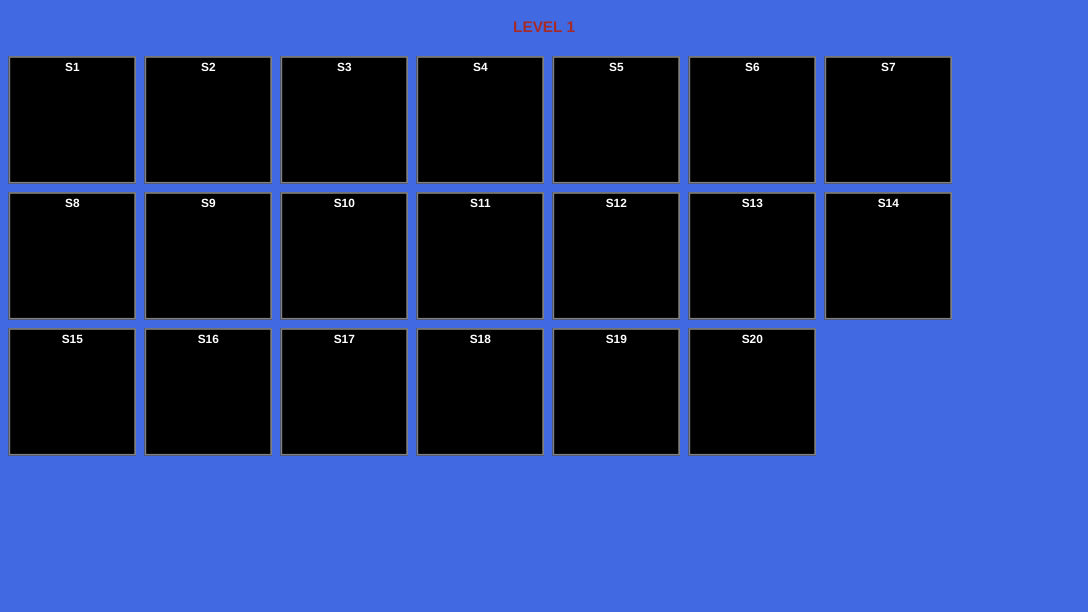
Repository: Shenba-Ps/Jsp-Servlet-B
Page: http://localhost/Test/Booking.jsp
The author's editor kept a copy of each file at every save. The page is drawn from the files as they stood at one save, then again after the next save.
The browser window is 1280 px wide. The pictures show the whole page, at 85% of full size.
The page is served by Tomcat 9. Other server files are loaded and not shown.

Above is the page before, as saved 2023-06-15 13:19:40.

### Test/src/main/webapp/Booking.jsp
<!DOCTYPE HTML><%@page language="java"
	contentType="text/html; charset=ISO-8859-1" pageEncoding="ISO-8859-1"%>
<html>
<head>
<title>Booking</title>
<meta http-equiv="Content-Type" content="text/html; charset=ISO-8859-1">
<link rel="stylesheet" href="Plugins/Boostrap.css">
<link rel="stylesheet" href="Script/Common.css">
<script src="Plugins/jQuery.js"></script>
<script src="Plugins/bootstrap.js"></script>
<script src="Script/Booking.js"></script>
</head>
<body>
	<div style="height: 100vh; background-color: #4169E1;">
		<div>
			<div class="Level1">
				<div class="Title form-group" style="text-align: center;">LEVEL
					1</div>
				<div class="row">
					<div class="col-md-2 Slot Free">S1</div>
					<div class="col-md-2 Slot Free">S2</div>
					<div class="col-md-2 Slot Free">S3</div>
					<div class="col-md-2 Slot Free">S4</div>
					<div class="col-md-2 Slot Free">S5</div>
					<div class="col-md-2 Slot Free">S6</div>
					<div class="col-md-2 Slot Free">S7</div>
					<div class="col-md-2 Slot Free">S8</div>
					<div class="col-md-2 Slot Free">S9</div>
					<div class="col-md-2 Slot Free">S10</div>
					<div class="col-md-2 Slot Free">S11</div>
					<div class="col-md-2 Slot Free">S12</div>
					<div class="col-md-2 Slot Free">S13</div>
					<div class="col-md-2 Slot Free">S14</div>
					<div class="col-md-2 Slot Free">S15</div>
					<div class="col-md-2 Slot Free">S16</div>
					<div class="col-md-2 Slot Free">S17</div>
					<div class="col-md-2 Slot Free">S18</div>
					<div class="col-md-2 Slot Free">S19</div>
					<div class="col-md-2 Slot Free">S20</div>
				</div>
			</div>
		</div>
		<!-- Modal -->
		<div class="modal fade" data-backdrop="static" id="mdlCustomerDetail"
			role="dialog">
			<div class="modal-dialog" style="width: 70%;">
				<!-- Modal content-->
				<div class="modal-content">
					<div class="modal-body">
						<div class="Title form-group" style="text-align: center;">Please
							enter your booking information</div>
						<div class="row form-group">
							<div class="col-xs-3 RightAlign">
								<label>Name</label>
							</div>
							<div class="col-xs-6">
								<input class="form-control" type="text" id="idName"
									name="nmName">
								<div class="ControlErrorMessage" id="errName"></div>
							</div>
						</div>
						<div class="row form-group">
							<div class="col-xs-3 RightAlign">
								<label>Address</label>
							</div>
							<div class="col-xs-6">
								<textarea class="form-control" id="idAddress" name="nmAddress"></textarea>
								<div class="ControlErrorMessage" id="errAddress"></div>
							</div>
						</div>
						<div class="row form-group">
							<div class="col-xs-3 RightAlign">
								<label>NRIC</label>
							</div>
							<div class="col-xs-6">
								<input class="form-control" type="text" id="idNRIC"
									name="nmNRIC">
								<div class="ControlErrorMessage" id="errNRIC"></div>
							</div>
						</div>
						<div class="row form-group">
							<div class="col-xs-3 RightAlign">
								<label>Usage Trade</label>
							</div>
							<div class="col-xs-6">
								<select class="form-control" name="UsageTrade" id="idUsageTrade">
									<option value="Credit Card Promotion">Credit Card
										Promotion</option>
									<option value="F&B">F&B</option>
									<option value="Hairdressing">Hairdressing</option>
									<option value="Clothing">Clothing</option>
									<option value="Others">Others</option>
								</select>
								<div class="ControlErrorMessage" id="errUserTrade"></div>
							</div>
						</div>
						<div class="row form-group">
							<div class="col-xs-3 RightAlign">
								<label>Others</label>
							</div>
							<div class="col-xs-6">
								<input class="form-control" type="text" id="idOthers"
									name="nmOthers">
								<div class="ControlErrorMessage" id="errOthers"></div>
							</div>
						</div>
						<div class="row form-group">
							<div class="col-xs-3 RightAlign">
								<label>Email</label>
							</div>
							<div class="col-xs-6">
								<input class="form-control" type="text" id="idEmail"
									name="nmEmail">
								<div class="ControlErrorMessage" id="errEmail"></div>
							</div>
						</div>
						<div class="row form-group">
							<div class="col-xs-3 RightAlign">
								<label>Home</label>
							</div>
							<div class="col-xs-6">
								<input class="form-control PhoneNumber" type="text"
									id="idHomeTel" name="nmHome" maxlength="8">
								<div class="ControlErrorMessage" id="errHomeTel"></div>
							</div>
						</div>
						<div class="row form-group">
							<div class="col-xs-3 RightAlign">
								<label>Office</label>
							</div>
							<div class="col-xs-6">
								<input class="form-control PhoneNumber" type="text"
									id="idOfficeTel" name="nmOffice" maxlength="8">
								<div class="ControlErrorMessage" id="errOfficeTel"></div>
							</div>
						</div>
						<div class="row form-group">
							<div class="col-xs-3 RightAlign">
								<label>Mobile</label>
							</div>
							<div class="col-xs-6">
								<input class="form-control PhoneNumber" type="text"
									id="idMobile" name="nmMobile" maxlength="8">
								<div class="ControlErrorMessage" id="errMobile"></div>
							</div>
						</div>
						<div class="row form-group">
							<div class="col-xs-3 RightAlign">
								<label>Booking Date</label>
							</div>
							<div class="col-xs-6">
								<input class="form-control" type="date" id="idBookingDate"
									name="nmBookingDate">
								<div class="ControlErrorMessage" id="errBookingDate"></div>
							</div>
						</div>
					</div>
					<div class="modal-footer">
						<button type="button" class="btn btn-primary"
							onclick="onclickBookSlot()">Book Slot</button>
						<button type="button" class="btn btn-primary" id="btnBookSlot"
							style="display: none;"></button>
						<div class="ControlErrorMessage" id="errBookingSlot"></div>
					</div>
				</div>
			</div>
		</div>
	</div>
</body>
</html>

### Test/src/main/webapp/Script/Common.css
.Title {
	font-size: 18px;
	color: brown;
	font-weight: bold;
}

.RightAlign {
	text-align: center;
}

.ControlError {
	border: 2px solid red;
}

.ControlErrorMessage {
	color: red;
	font-weight: 600;
}

.Level1 {
	padding: 20px;
}

.Slot {
	border: 2px solid gray;
	margin: 5px;
	height: 150px;
	width: 150px;
}

.Free {
	background-color: black;
	color: white;
	font-weight: 600;
	text-align: center;
}

.SlotName {
	padding-top: 25%;
}

.Booked {
	background-color: gray;
	color: white;
	font-weight: 600;
	text-align: center;
}

### Test/src/main/webapp/Script/Booking.js
$(function() {
	//OpenCustomerDetail();
});

function OpenCustomerDetail() {
	$('#mdlCustomerDetail').modal('show');
}

function onclickBookSlot() {
	$('#idName').removeClass("ControlError");
	$('#errName').hide();
	$('#idAddress').removeClass("ControlError");
	$('#errAddress').hide();
	$('#idNRIC').removeClass("ControlError");
	$('#errNRIC').hide();
	$('#idUsageTrade').removeClass("ControlError");
	$('#errUsageTrade').hide();
	$('#idOthers').removeClass("ControlError");
	$('#errOthers').hide();
	$('#idEmail').removeClass("ControlError");
	$('#errEmail').hide();
	$('#idHomeTel').removeClass("ControlError");
	$('#errHomeTel').hide();
	$('#idNOfficeTel').removeClass("ControlError");
	$('#errOfficeTel').hide();
	$('#idMobile').removeClass("ControlError");
	$('#errMobile').hide();
	$('#idBookingDate').removeClass("ControlError");
	$('#errBookingDate').hide();
	if ($('#idName').val() == "") {
		$('#idName').addClass("ControlError");
		$('#errName').html("* Please enter your name");
		$('#errName').show();
	}
	if ($('#idAddress').val() == "") {
		$('#idAddress').addClass("ControlError");
		$('#errAddress').html("* Please enter your address");
		$('#errAddress').show();
	}
	if ($('#idNRIC').val() == "") {
		$('#idNRIC').addClass("ControlError");
		$('#errNRIC').html("* Please enter your NRIC");
		$('#errNRIC').show();
	}
	if ($('#idUsageTrade').val() == "") {
		$('#idUsageTrade').addClass("ControlError");
		$('#errUsageTrade').html("* Please select usage trade");
		$('#errUsageTrade').show();
	}
	if ($('#idOthers').val() == "") {
		$('#idOthers').addClass("ControlError");
		$('#errOthers').html("* Please enter usage trade details");
		$('#errOthers').show();
	}
	if ($('#idEmail').val() == "") {
		$('#idEmail').addClass("ControlError");
		$('#errEmail').html("* Please enter your email");
		$('#errEmail').show();
	}
	if ($('#idHomeTel').val() == "") {
		$('#idHomeTel').addClass("ControlError");
		$('#errHomeTel').html("* Please enter your home number");
		$('#errHomeTel').show();
	}
	if ($('#idOfficeTel').val() == "") {
		$('#idOfficeTel').addClass("ControlError");
		$('#errOfficeTel').html("* Please enter your office number");
		$('#errOfficeTel').show();
	}
	if ($('#idMobile').val() == "") {
		$('#idMobile').addClass("ControlError");
		$('#errMobile').html("* Please enter your mobile number");
		$('#errMobile').show();
	}
	if ($('#idBookingDate').val() == "") {
		$('#idBookingDate').addClass("ControlError");
		$('#errBookingDate').html("* Please select booking date");
		$('#errBookingDate').show();
	}
}

Loaded but not shown: Test/src/main/webapp/Plugins/Boostrap.css (library); Test/src/main/webapp/Plugins/jQuery.js (library); Test/src/main/webapp/Plugins/bootstrap.js (library)

After the next save:
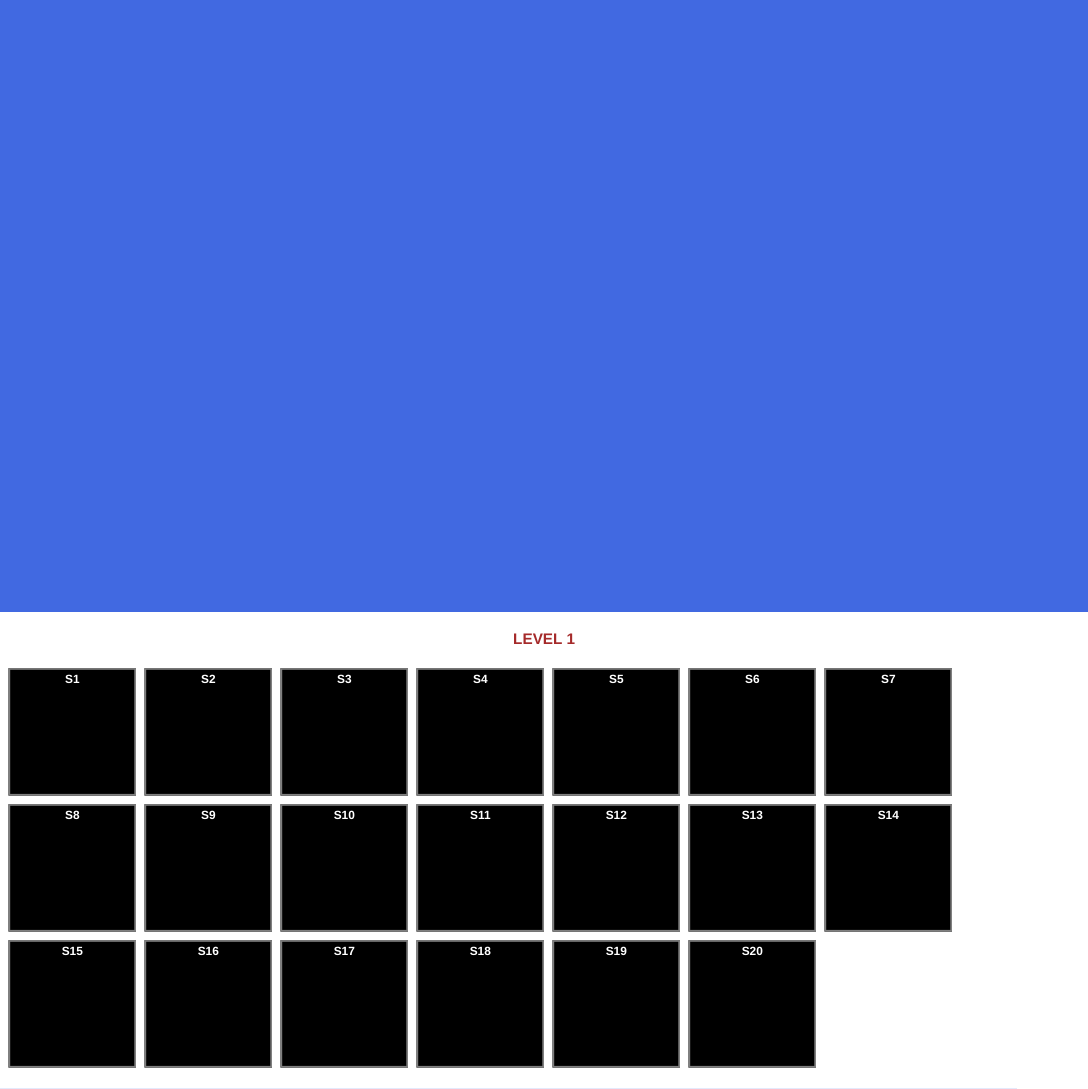
Saved 19 s later.
--- a/Test/src/main/webapp/Booking.jsp
+++ b/Test/src/main/webapp/Booking.jsp
@@ -11,13 +11,13 @@
 <script src="Script/Booking.js"></script>
 </head>
 <body>
-	<div style="height: 100vh; background-color: #4169E1;">
+	<div style="height: 100vh; background-color: #4169E1;"></div>
 		<div>
 			<div class="Level1">
 				<div class="Title form-group" style="text-align: center;">LEVEL
 					1</div>
 				<div class="row">
-					<div class="col-md-2 Slot Free">S1</div>
+					<div class="col-md-2 Slot Free"><div></div>S1</div>
 					<div class="col-md-2 Slot Free">S2</div>
 					<div class="col-md-2 Slot Free">S3</div>
 					<div class="col-md-2 Slot Free">S4</div>
